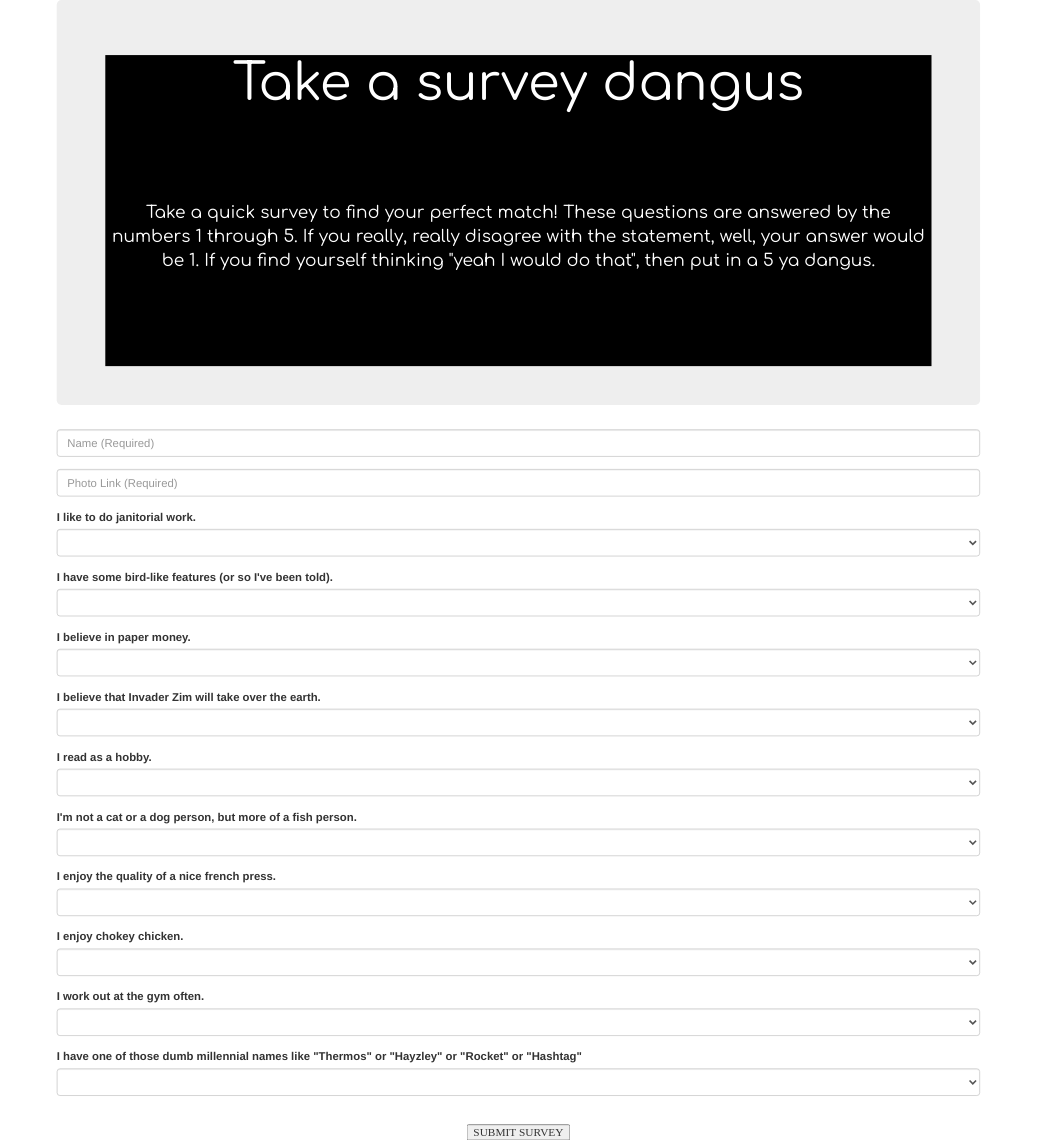
Repository: kcummings1/Mate-Matcher
Page: public/survey.html
An editor plug-in stored every save of this project. The page is shown before and after the next save, followed by the edit.
The browser window is 1280 px wide. The pictures show the whole page, at 81% of full size.
Some web fonts or font styles are not loaded; a fallback is used. Some web libraries are served in a nearby version.

Above is the page before, as saved 2019-10-06 21:10:30.

### public/survey.html
<!DOCTYPE html>
<html>

<head>
    <title>Friend Finder | Survey</title>
    <meta charset="UTF-8">
    <link rel="stylesheet" type="text/css" href="style.css">
    <!--===================\\BootStrap//===================-->
    <link rel="stylesheet" href="https://maxcdn.bootstrapcdn.com/bootstrap/3.3.7/css/bootstrap.min.css">
    <link rel="stylesheet" href="https://maxcdn.bootstrapcdn.com/font-awesome/4.7.0/css/font-awesome.min.css">
    <link href="https://fonts.googleapis.com/css?family=Comfortaa|PT+Mono" rel="stylesheet">
    <script type="text/javascript" src="https://code.jquery.com/jquery-3.2.1.min.js"></script>


</head>

<body>

    <div class="container">
        <div class="jumbotron">
            <div class="title" style="background-color: #000;">
                <h1>Take a survey dangus</h1> <br>
                <p>Take a quick survey to find your perfect match! These questions are answered by the numbers 1 through
                    5.
                    If
                    you really, really disagree with the statement, well, your answer would be 1. If you find yourself
                    thinking
                    "yeah I would do that", then put in a 5 ya dangus.</p> <br>
            </div>
        </div>
        <form>
            <div class="form-group">
                <input id="name" type="text" class="form-control" placeholder="Name (Required)">
            </div>
            <div class="form-group">
                <input id="photo" type="text" class="form-control" placeholder="Photo Link (Required)">
            </div>


            <div class="form-group">
                <label for="q1">I like to do janitorial work.</label>
                <select class="form-control" id="q1">
                    <option value="empty"></option>
                    <option value="1">1 (I Do not like that at all!!)</option>
                    <option value="2">2</option>
                    <option value="3">3 (Meh)</option>
                    <option value="4">4</option>
                    <option value="5">5 (I do like that A lot!!)</option>
                </select>
            </div>
            <div class="form-group">
                <label for="q2">I have some bird-like features (or so I've been told).</label>
                <select class="form-control" id="q2">
                    <option value="empty"></option>
                    <option value="1">1 (I Do not like that at all!!)</option>
                    <option value="2">2</option>
                    <option value="3">3 (Meh)</option>
                    <option value="4">4</option>
                    <option value="5">5 (I do like that A lot!!)</option>
                </select>
            </div>
            <div class="form-group">
                <label for="q3">I believe in paper money.</label>
                <select class="form-control" id="q3">
                    <option value="empty"></option>
                    <option value="1">1 (I Do not like that at all!!)</option>
                    <option value="2">2</option>
                    <option value="3">3 (Meh)</option>
                    <option value="4">4</option>
                    <option value="5">5 (I do like that A lot!!)</option>
                </select>
            </div>
            <div class="form-group">
                <label for="q4">I believe that Invader Zim will take over the earth.</label>
                <select class="form-control" id="q4">
                    <option value="empty"></option>
                    <option value="1">1 (I Do not like that at all!!)</option>
                    <option value="2">2</option>
                    <option value="3">3 (Meh)</option>
                    <option value="4">4</option>
                    <option value="5">5 (I do like that A lot!!)</option>
                </select>
            </div>
            <div class="form-group">
                <label for="q5">I read as a hobby.</label>
                <select class="form-control" id="q5">
                    <option value="empty"></option>
                    <option value="1">1 (I Do not like that at all!!)</option>
                    <option value="2">2</option>
                    <option value="3">3 (Meh)</option>
                    <option value="4">4</option>
                    <option value="5">5 (I do like that A lot!!)</option>
                </select>
            </div>
            <div class="form-group">
                <label for="q6">I'm not a cat or a dog person, but more of a fish person.</label>
                <select class="form-control" id="q6">
                    <option value="empty"></option>
                    <option value="1">1 (I Do not like that at all!!)</option>
                    <option value="2">2</option>
                    <option value="3">3 (Meh)</option>
                    <option value="4">4</option>
                    <option value="5">5 (I do like that A lot!!)</option>
                </select>
            </div>
            <div class="form-group">
                <label for="q7">I enjoy the quality of a nice french press.</label>
                <select class="form-control" id="q7">
                    <option value="empty"></option>
                    <option value="1">1 (I Do not like that at all!!)</option>
                    <option value="2">2</option>
                    <option value="3">3 (Meh)</option>
                    <option value="4">4</option>
                    <option value="5">5 (I do like that A lot!!)</option>
                </select>
            </div>
            <div class="form-group">
                <label for="q8">I enjoy chokey chicken.</label>
                <select class="form-control" id="q8">
                    <option value="empty"></option>
                    <option value="1">1 (I Do not like that at all!!)</option>
                    <option value="2">2</option>
                    <option value="3">3 (Meh)</option>
                    <option value="4">4</option>
                    <option value="5">5 (I do like that A lot!!)</option>
                </select>
            </div>
            <div class="form-group">
                <label for="q9">I work out at the gym often.</label>
                <select class="form-control" id="q9">
                    <option value="empty"></option>
                    <option value="1">1 (I Do not like that at all!!)</option>
                    <option value="2">2</option>
                    <option value="3">3 (Meh)</option>
                    <option value="4">4</option>
                    <option value="5">5 (I do like that A lot!!)</option>
                </select>
            </div>
            <div class="form-group">
                <label for="q10">I have one of those dumb millennial names like "Thermos" or "Hayzley" or
                    "Rocket" or "Hashtag"</label>
                <select class="form-control" id="q10">
                    <option value="empty"></option>
                    <option value="1">1 (I Do not like that at all!!)</option>
                    <option value="2">2</option>
                    <option value="3">3 (Meh)</option>
                    <option value="4">4</option>
                    <option value="5">5 (I do like that A lot!!)</option>
                </select>
            </div>
        </form>


        <div class="text-center"><br>
            <input type="submit" class="fa fa-pencil survey-button" value="Submit Survey" id="submit">
        </div>

        <!-- Modal after survey completion -->
        <div id="resultsModal" class="modal fade" role="dialog">
            <div class="modal-dialog">
                <div class="modal-content">
                    <div class="modal-header">

                        <h3 class="modal-title">Your New Best Friend</h1>
                    </div>
                    <div class="modal-body">
                        <h2 id="resultsModal"></h2>
                        <div class="modal-body">
                            <h2 id="matchName"></h2>
                            <img id="matchImg"
                                src="https://image.shutterstock.com/image-photo/colorful-flower-on-dark-tropical-260nw-721703848.jpg"
                                alt="colorful-flower-on-dark-tropical-260nw-721703848">
                        </div>
                    </div>
                    <div class="modal-footer">
                        <!-- <img id="bestFriendPhoto" src="#"> <button type="button" class="btn btn-default" data-dismiss="modal">Close</button> -->
                    </div>
                </div>
            </div>
        </div>
    </div>

    <script src="https://code.jquery.com/jquery-3.2.1.min.js"
        integrity="sha256-hwg4gsxgFZhOsEEamdOYGBf13FyQuiTwlAQgxVSNgt4=" crossorigin="anonymous"></script>
    <script src="https://maxcdn.bootstrapcdn.com/bootstrap/3.3.7/js/bootstrap.min.js"></script>
</body>

</html>

<script type="text/javascript">

    //=========\\====Capturing form inputs====//==========\\
    $("#submit").on("click", function (event) {
        event.preventDefault();
        //=========\\====Create an object for the user's data====//==========\\
        var userData = {
            name: $("#name").val(),
            Photo: $("#photo").val(),
            scores: [
                $("#q1").val(),
                $("#q2").val(),
                $("#q3").val(),
                $("#q4").val(),
                $("#q5").val(),
                $("#q6").val(),
                $("#q7").val(),
                $("#q8").val(),
                $("#q9").val(),
                $("#q10").val(),
            ]
        };
        //=========\\====AJAX post the data to the friends API.====//==========\\
        $.post("/api/friends", userData, function (data) {
            $("#matchName").text(data.name);
            $("#matchImg").attr("src", data.photo);
            $("#resultsModal").modal("toggle");
        });
    });


</script>

</html>

### public/style.css
.title{
	text-align: center;
	font-family: "Comfortaa";
	font-size: 500%;
	color: #fff;
}

.slogan{
	text-align: center;
	font-family: "PT Mono";
	font-size: 150%;
	text-transform: uppercase;
	color: #fff;
}

.survey-button{
	text-align: center;
	font-family: "PT Mono";
	font-size: 120%;
	text-transform: uppercase;
}

.subtitle{
	text-align: center;
	font-family: "Comfortaa";
	font-size: 200%;
	font-weight: bold;
}

.survey-container{
	width: 50%;
	margin-left: 25%;
	text-align: center;
}

After the next save:
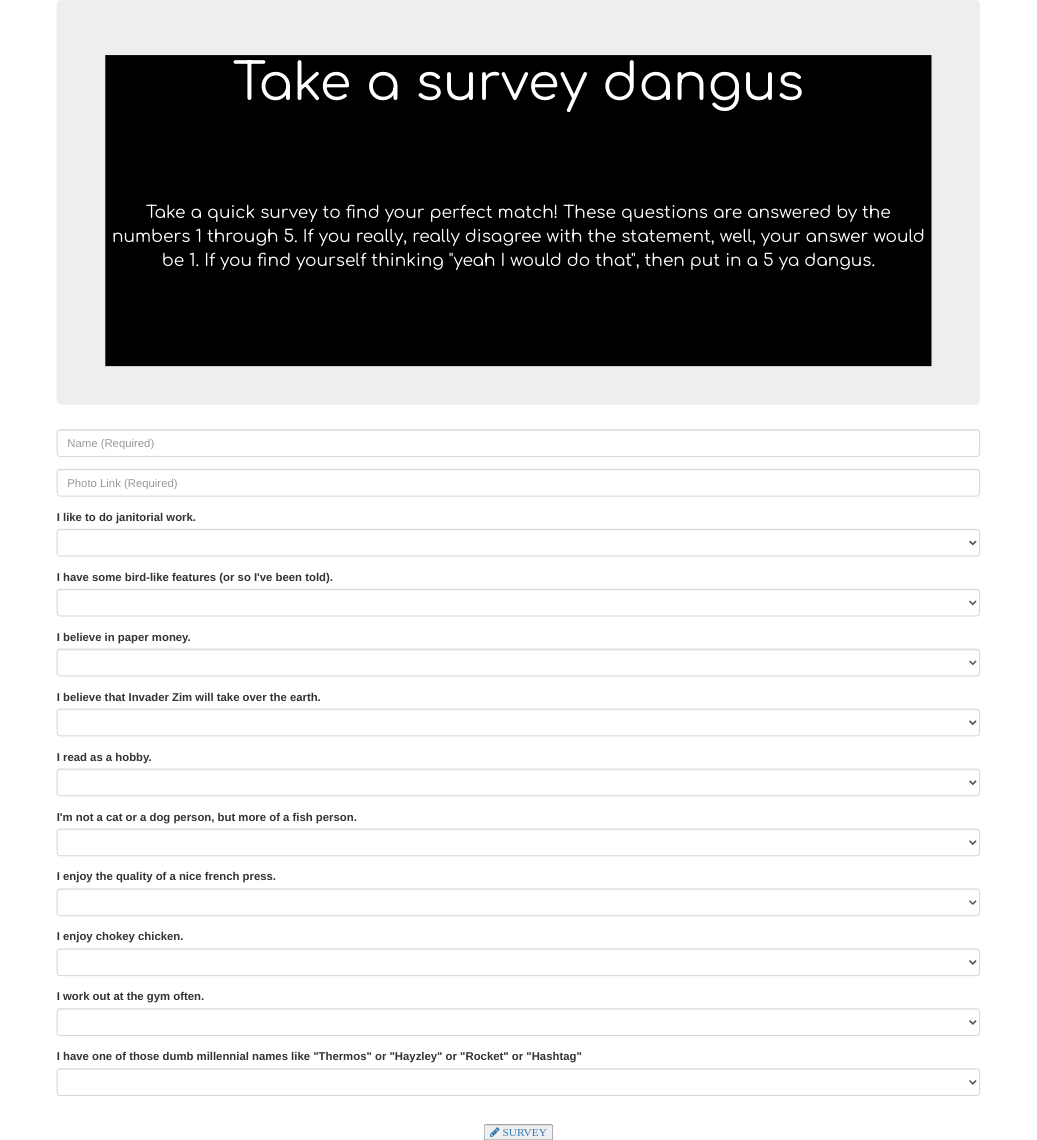
Saved 60 s later.
--- a/public/survey.html
+++ b/public/survey.html
@@ -152,7 +152,7 @@
 
 
         <div class="text-center"><br>
-            <input type="submit" class="fa fa-pencil survey-button" value="Submit Survey" id="submit">
+            <a href="/survey"><button type="button" class="fa fa-pencil survey-button"></span> Survey</button></a>
         </div>
 
         <!-- Modal after survey completion -->
